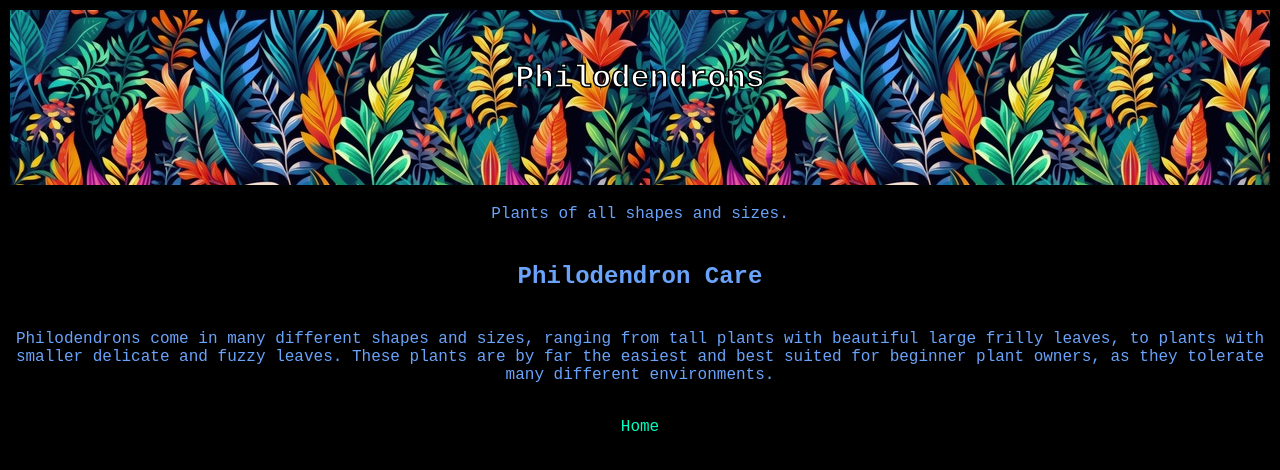
Repository: swillis91/odin-recipies
Page: Planty Page/philodendrons.html
These files come from the project's save history. The page is drawn as it stood at one moment and after the next save; the edit follows.
The browser window is 1280 px wide. The pictures show the whole page.

Above is the page before, as saved 2023-08-14 23:06:37.

### Planty Page/philodendrons.html
<!DOCTYPE html>
    <html>
        <head>
            <title>Calatheas</title>
            <link href="style.css" rel="stylesheet"
        </head>
        <body>
            <div class="Header">
            <h1 class="heading">Philodendrons</h1>
            </div>
            <div class="box">
              <p>Plants of all shapes and sizes.</p>
            </div>
            <div class="box">
            <h2 class="species">Philodendron Care</h2>
            </div>
            <div class="box">
                <p class="care">Philodendrons come in many different shapes and sizes, ranging from tall plants with beautiful large frilly leaves, to plants with smaller delicate and fuzzy leaves. These plants are by far the easiest and best suited for beginner plant owners, as they tolerate many different environments.
                <br>
            </p>
            </div>
              </p>
                <!--img src="./Images/makoyana.webp" id="calathea makoyana" width="700px"-->
            <footer>
                <nav>
                    <a href="./index.html" class="navigation">Home</a>

                </nav>
            </footer>
        </body>
    </html>

### Planty Page/style.css
body{
    background-color: rgb(0, 0, 0);
    color:rgb(106, 163, 250);
    text-align: center;
    font-family: 'Permanent Marker', cursive;
    font-family: 'Space Mono', monospace;
}

.heading{
    color: rgb(0, 0, 0);
    -webkit-text-fill-color: rgb(255, 255, 255);
    -webkit-text-stroke-width: 1.5px;
    -webkit-text-stroke-color: rgb(0, 0, 0);
    text-transform: capitalize;
    border: 2px solid rgb(0, 3, 3);
    background-image: url('Images/banner.jpg');
    height: 75px;
    margin: 0 auto;
    padding:50px 20px;

}

div.box{
    border:2px solid black;
    display: flex;
    margin-left: auto;
    flex-direction:column;
}

#calathea-makoyana{
    width: 500px;
    Height: auto:
}

.navigation{
    color:rgb(1, 255, 192);
    text-decoration: none;
}

After the next save:
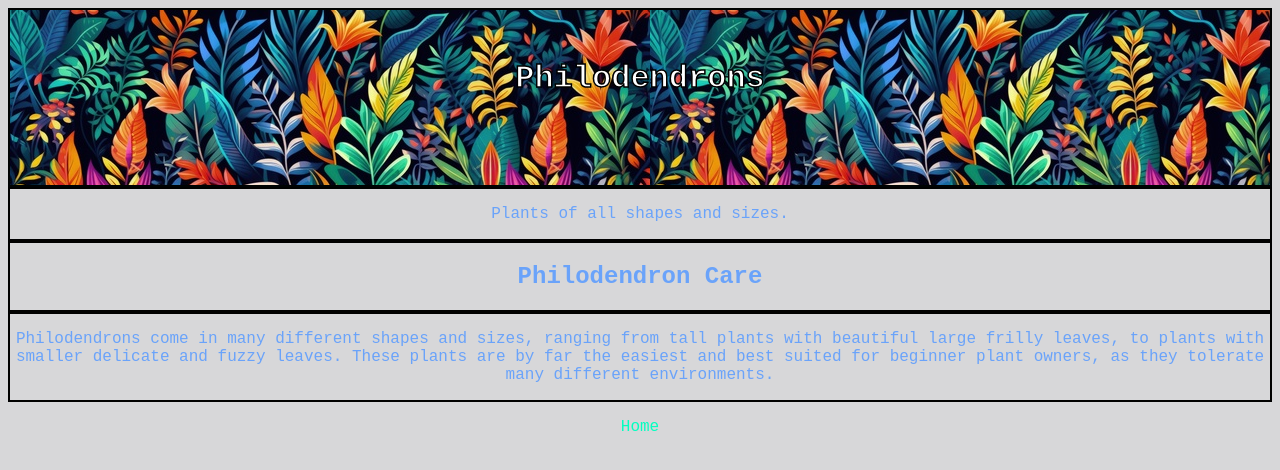
Saved 37 s later.
--- a/Planty Page/style.css
+++ b/Planty Page/style.css
@@ -1,5 +1,5 @@
 body{
-    background-color: rgb(0, 0, 0);
+    background-color: rgb(215, 215, 217);
     color:rgb(106, 163, 250);
     text-align: center;
     font-family: 'Permanent Marker', cursive;
